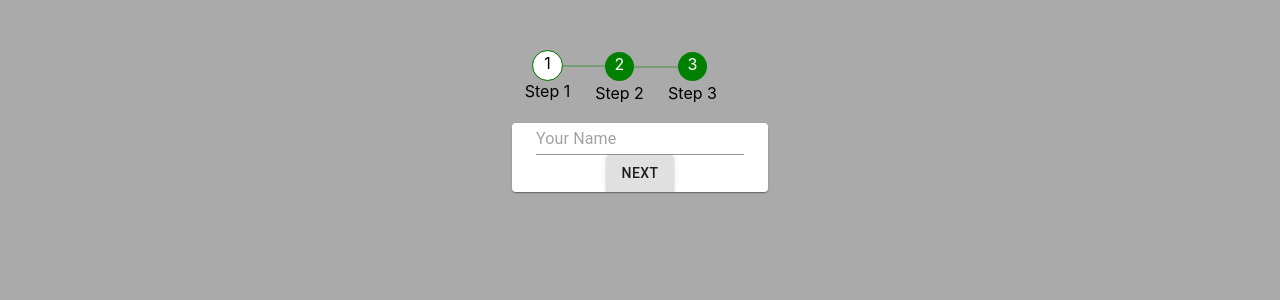
Repository: SD-Mdouka/project_step
Page: /
These files come from the project's save history. The page is drawn as it stood at one moment and after the next save; the edit follows.
The browser window is 1280 px wide. The pictures show the whole page.
The project was rebuilt for these pictures with package versions that can differ from the ones it lists, and the page was loaded fresh each time.

Above is the page before, as saved 2022-09-05 15:36:28.

### src/index.js
import React from "react";
import ReactDOM from "react-dom/client";
import "./index.css";
import App from "./Steps";
// import { AppBar, Toolbar, Typography } from "@material-ui/core";

const root = ReactDOM.createRoot(document.getElementById("root"));
root.render(
  <React.StrictMode>
    {/* <AppBar>
      <Toolbar>
        <Typography varient="h6">React app</Typography>
      </Toolbar>
    </AppBar> */}
    <App />
  </React.StrictMode>
);

### src/index.css
body {
    background-color: #aaa;
    margin: 0;
    font-family: -apple-system, BlinkMacSystemFont, "Segoe UI", "Roboto", "Oxygen", "Ubuntu", "Cantarell", "Fira Sans", "Droid Sans", "Helvetica Neue", sans-serif;
    -webkit-font-smoothing: antialiased;
    -moz-osx-font-smoothing: grayscale;
}

code {
    font-family: source-code-pro, Menlo, Monaco, Consolas, "Courier New", monospace;
}

.App-Project {
    margin-top: 50px;
    margin-inline: 40% !important;
}

.cirecle {
    width: 29px;
    height: 29px;
    line-height: 25px;
    background-color: green;
    color: white;
    border-radius: 50%;
    -webkit-border-radius: 50%;
    -moz-border-radius: 50%;
    -ms-border-radius: 50%;
    -o-border-radius: 50%;
    border: 2px solid transparent;
    text-align: center;
    cursor: pointer;
    background-clip: padding-box;
    -webkit-background-clip: padding-box;
}

.stepsWrapp {
    display: flex;
    margin-bottom: 20px;
    text-align: center;
}

.stepeBlock .circleWrapper {
    padding: 0px 20px;
    position: relative;
}

.selected .cirecle {
    color: black;
    background-color: white;
    border: 1px solid green;
}

.stepeBlock:not(:last-child)>.circleWrapper::after {
    content: "";
    width: 100%;
    height: 2px;
    position: absolute;
    top: 0px;
    bottom: 0px;
    background-color: green;
    margin: auto;
    z-index: -1;
}

.stepeBlock:not(:last-child)>.circleWrapper::after {
    height: 3px;
    opacity: 1;
}

.stepeBlock:not(:last-child).selected>.circleWrapper::after,
.stepeBlock:not(:last-child).selected~.stepeBlock:not(:last-child)>.circleWrapper::after {
    height: 2px;
    opacity: 0.3;
}

.pages {
    margin: 0 40%;
}

.primaryBtn {
    padding: 10px 25px;
    background-color: green;
    border: none;
    margin: 10px;
    color: white;
    border-radius: 4px;
    -webkit-border-radius: 4px;
    -moz-border-radius: 4px;
    -ms-border-radius: 4px;
    -o-border-radius: 4px;
    cursor: pointer;
}

### src/Steps/index.js
import Step from "./Step";
import PageFlex from "../App";
import React, { useState } from "react";

function App() {
  const labelArray = ["Step 1", "Step 2", "Step 3"];
  const [currentSteps, setCurrentSteps] = useState(1);
  function updateStep(step) {
    setCurrentSteps(step);
  }
  return (
    <div className="App-Project">
      <Step
        labelArray={labelArray}
        currentSteps={currentSteps}
        updateStep={updateStep}
      ></Step>
      <p className="flex-container">
        {" "}
        <PageFlex
          currentSteps={currentSteps}
          setCurrentSteps={setCurrentSteps}
        />
      </p>
    </div>
  );
}

export default App;

### src/Steps/Step/index.js
import React, { useState } from "react";
import NavStep from "./NavStep";

const Step = (props) => {
  return (
    <div className="stepsWrapp">
      {props.labelArray.map((item, index) => (
        <NavStep
          key={index}
          index={index}
          label={item}
          updateStep={props.updateStep}
          selected={props.currentSteps === index + 1}
        ></NavStep>
      ))}
    </div>
  );
};
export default Step;

### src/App.js
import { Button, Card, Container, TextField, Box } from "@material-ui/core";
import { Field, Formik, Form } from "formik";
import React, { useState } from "react";
import * as Yup from "yup";
import "./App.css";

function App(props) {
  return (
    <div className="App">
      <Card>
        <Container>
          <Formik
            initialValues={{ name: "", age: 18, description: "" }}
            validationSchema={Yup.object().shape({
              name: Yup.string().required("Name is required"),
              age: Yup.number().required("Age is required").min(18, "only +18"),
              description: Yup.string().min(10),
            })}
            onSubmit={(values, { setSubmitting }) => {
              setTimeout(() => {
                alert(JSON.stringify(values, null, 2));
                setSubmitting(false);
              }, 400);
            }}
          >
            {({
              values,
              errors,
              touched,
              handleChange,
              handleBlur,
              handleSubmit,
              validateField,
              isSubmitting,
              /* and other goodies */
            }) => (
              <Form onSubmit={handleSubmit}>
                <FormStps
                  isSubmitting={isSubmitting}
                  validateField={validateField}
                  errors={errors}
                  touched={touched}
                  stpe={props.CurrentSteps}
                  setStpe={props.setCurrentSteps}
                >
                  <Field
                    type="text"
                    name="name"
                    id="name"
                    onChange={handleChange}
                    onBlur={handleBlur}
                    value={values.name}
                    placeholder="Your Name"
                    component={TextField}
                    error={errors.name ? true : false}
                    helperText={errors.name && errors.name}
                  />

                  <Field
                    type="number"
                    name="age"
                    id="age"
                    onChange={handleChange}
                    onBlur={handleBlur}
                    value={values.age}
                    placeholder="Your age"
                    component={TextField}
                    error={errors.age ? true : false}
                    helperText={errors.age && errors.age}
                  />
                  <Field
                    type="text"
                    name="description"
                    id="description"
                    onChange={handleChange}
                    onBlur={handleBlur}
                    value={values.description}
                    placeholder="Description"
                    component={TextField}
                    error={errors.description ? true : false}
                    helperText={errors.description && errors.description}
                  />
                </FormStps>
              </Form>
            )}
          </Formik>
        </Container>
      </Card>
    </div>
  );
}
const FormStps = (props) => {
  const childrenArr = React.Children.toArray(props.children);
  const [step, setStep] = useState(1);
  const name = childrenArr[step - 1].props.name;
  const isErrors = props.errors[name] ? true : false;
  const isTouched = props.touched[name] ? true : false;
  const isEmpty =
    childrenArr[step - 1].props.value !== " " &&
    !childrenArr[step - 1].props.value
      ? true
      : false;
  const goBack = () => {
    setStep(step - 1);
  };
  const goNext = () => {
    if (isTouched && !isErrors) {
      setStep(step + 1);
    } else if (!isEmpty && !isErrors) {
      setStep(step + 1);
    } else {
      props.validateField(name);
    }
  };
  return (
    <>
      {childrenArr[step - 1]}
      {step > 1 && (
        <Button
          disabled={props.isSubmitting}
          variant="contained"
          color="secondary"
          onClick={goBack}
        >
          Back
        </Button>
      )}
      {step < childrenArr.length && (
        <Button
          disabled={props.isSubmitting}
          variant="contained"
          onClick={goNext}
        >
          Next
        </Button>
      )}
      <br />
      {step === childrenArr.length && (
        <Button
          type="submit"
          disabled={props.isSubmitting}
          variant="contained"
          color="primary"
        >
          Submit
        </Button>
      )}
    </>
  );
};
export default App;

### src/Steps/Step/NavStep/index.js
import React from "react";

const NavStep = (props) => {
  return (
    <div className={"stepeBlock" + (props.selected ? " selected" : "")}>
      <div
        className="circleWrapper"
        onClick={() => props.updateStep(props.index + 1)}
      >
        <div className="cirecle">{props.index + 1}</div>
      </div>
      <span>{props.label}</span>
    </div>
  );
};
export default NavStep;

Loaded but not shown: public/index.html (common file); src/App.css (common file)

After the next save:
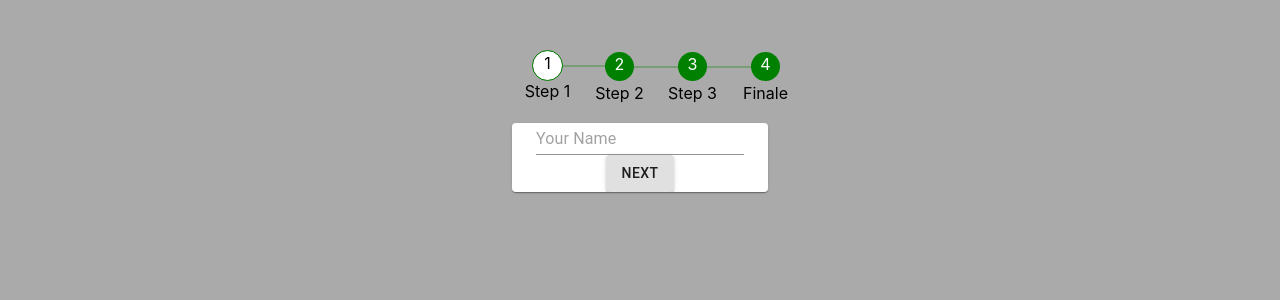
Saved 65 s later.
--- a/src/Steps/index.js
+++ b/src/Steps/index.js
@@ -3,7 +3,7 @@ import PageFlex from "../App";
 import React, { useState } from "react";
 
 function App() {
-  const labelArray = ["Step 1", "Step 2", "Step 3"];
+  const labelArray = ["Step 1", "Step 2", "Step 3", "Finale"];
   const [currentSteps, setCurrentSteps] = useState(1);
   function updateStep(step) {
     setCurrentSteps(step);
